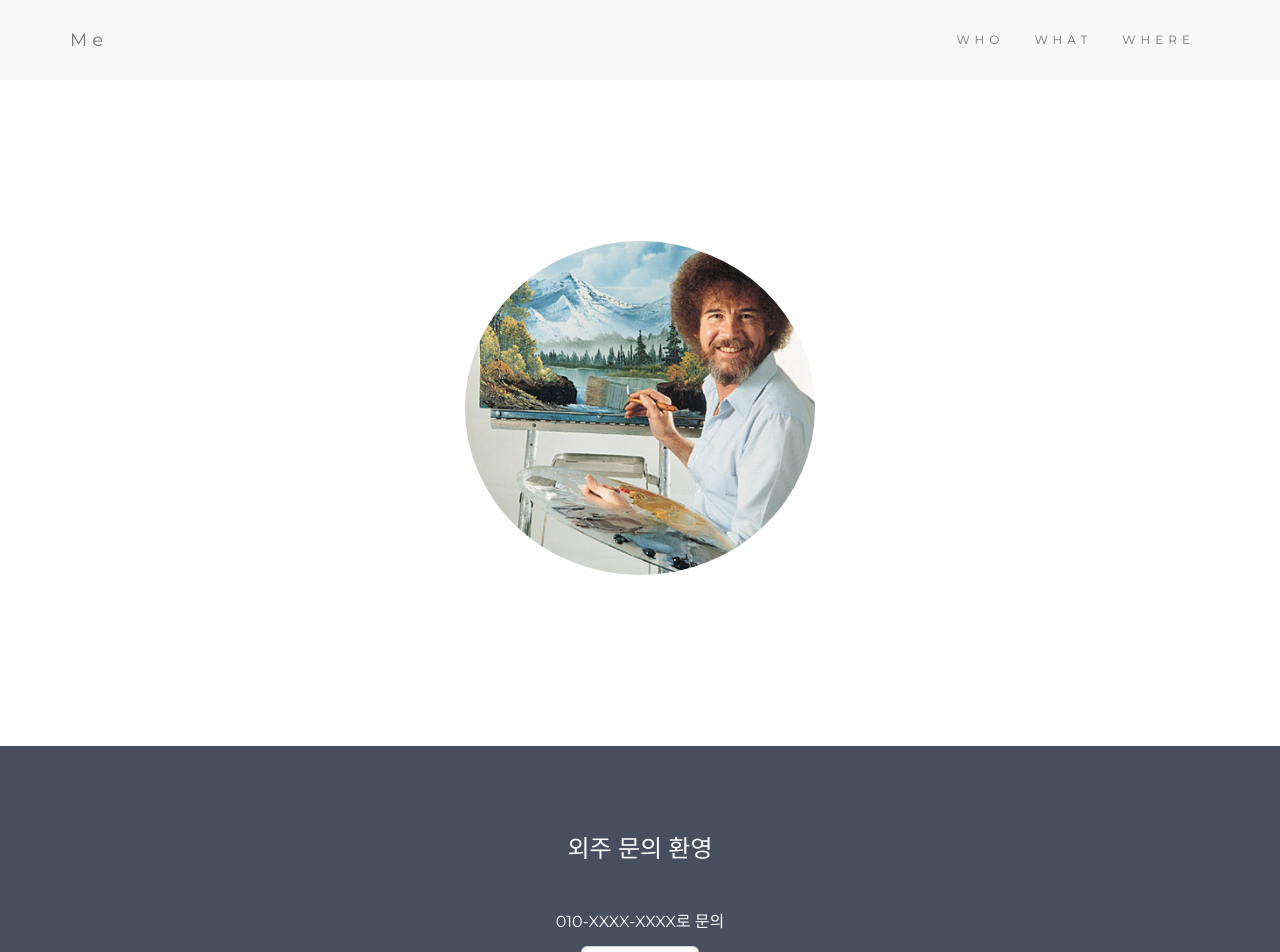
Repository: snowcuphea/webwork_class
Page: clientweb/WebContent/bootstrap/bootstrap_exam/mydrawings.html
An editor plug-in stored every save of this project. The page is shown before and after the next save, followed by the edit.
The browser window is 1280 px wide. The pictures show the part of the page from y = 0 to 952 px (the page is 1947 px tall).
A picture or video elsewhere on the page could not be fetched, so the positions and the page height are approximate.

Above is the page before, as saved 2020-01-06 07:53:46.

### clientweb/WebContent/bootstrap/bootstrap_exam/mydrawings.html
<!DOCTYPE html>
<html lang="en">
<head>
  <!-- Theme Made By www.w3schools.com - No Copyright -->
  <title>Masterpiece</title>
  <meta charset="utf-8">
  <meta name="viewport" content="width=device-width, initial-scale=1">
  <link rel="stylesheet" href="https://maxcdn.bootstrapcdn.com/bootstrap/3.4.1/css/bootstrap.min.css">
  <link href="https://fonts.googleapis.com/css?family=Montserrat" rel="stylesheet">
  <script src="https://ajax.googleapis.com/ajax/libs/jquery/3.4.1/jquery.min.js"></script>
  <script src="https://maxcdn.bootstrapcdn.com/bootstrap/3.4.1/js/bootstrap.min.js"></script>
  <style>
  body {
    font: 20px Montserrat, sans-serif;
    line-height: 1.8;
    color: #f5f6f7;
  }
  p {font-size: 16px;}
  .margin {margin-bottom: 45px;}
  .bg-1 {
    background-color: #pink; /* Green */
    color: #ffffff;
  }
  .bg-2 {
    background-color: #474e5d; /* Dark Blue */
    color: #ffffff;
  }
  .bg-3 {
    background-color: #ffffff; /* White */
    color: #555555;
  }
  .bg-4 {
    background-color: #2f2f2f; /* Black Gray */
    color: #fff;
  }
  .container-fluid {
    padding-top: 70px;
    padding-bottom: 70px;
  }
  .navbar {
    padding-top: 15px;
    padding-bottom: 15px;
    border: 0;
    border-radius: 0;
    margin-bottom: 0;
    font-size: 12px;
    letter-spacing: 5px;
  }
  .navbar-nav  li a:hover {
    color: #1abc9c !important;
  }
  </style>
</head>
<body>

<!-- Navbar -->
<nav class="navbar navbar-default">
  <div class="container">
    <div class="navbar-header">
      <button type="button" class="navbar-toggle" data-toggle="collapse" data-target="#myNavbar">
        <span class="icon-bar"></span>
        <span class="icon-bar"></span>
        <span class="icon-bar"></span>
      </button>
      <a class="navbar-brand" href="#">Me</a>
    </div>
    <div class="collapse navbar-collapse" id="myNavbar">
      <ul class="nav navbar-nav navbar-right">
        <li><a href="#">WHO</a></li>
        <li><a href="#">WHAT</a></li>
        <li><a href="#">WHERE</a></li>
      </ul>
    </div>
  </div>
</nav>

<!-- First Container -->
<div class="container-fluid bg-1 text-center">
  <h3 class="margin">Who Am I?</h3>
  <img src="../../images/bob.jpg" class="img-responsive img-circle margin" style="display:inline" alt="Bird" width="350" height="350">
  <h3>세상과 그림으로 소통하는 위대한 아티스트 </h3>
</div>

<!-- Second Container -->
<div class="container-fluid bg-2 text-center">
  <h3 class="margin">외주 문의 환영</h3>
  <p> 010-XXXX-XXXX로 문의</p>
  <a href="#" class="btn btn-default btn-lg">
    <span class="glyphicon glyphicon-search"></span> Search
  </a>
</div>

<!-- Third Container (Grid) -->
<div class="container-fluid bg-3 text-center">
  <h3 class="margin">Where To Find Me?</h3><br>
  <div class="row">
    <div class="col-sm-4">
      <p>Lorem ipsum dolor sit amet, consectetur adipisicing elit, sed do eiusmod tempor incididunt ut labore et dolore magna aliqua.</p>
      <img src="birds1.jpg" class="img-responsive margin" style="width:100%" alt="Image">
    </div>
    <div class="col-sm-4">
      <p>Lorem ipsum dolor sit amet, consectetur adipisicing elit, sed do eiusmod tempor incididunt ut labore et dolore magna aliqua.</p>
      <img src="birds2.jpg" class="img-responsive margin" style="width:100%" alt="Image">
    </div>
    <div class="col-sm-4">
      <p>Lorem ipsum dolor sit amet, consectetur adipisicing elit, sed do eiusmod tempor incididunt ut labore et dolore magna aliqua.</p>
      <img src="birds3.jpg" class="img-responsive margin" style="width:100%" alt="Image">
    </div>
  </div>
</div>

<!-- Footer -->
<footer class="container-fluid bg-4 text-center">
  <p>Bootstrap Theme Made By <a href="https://www.w3schools.com">www.w3schools.com</a></p>
</footer>

</body>
</html>

After the next save:
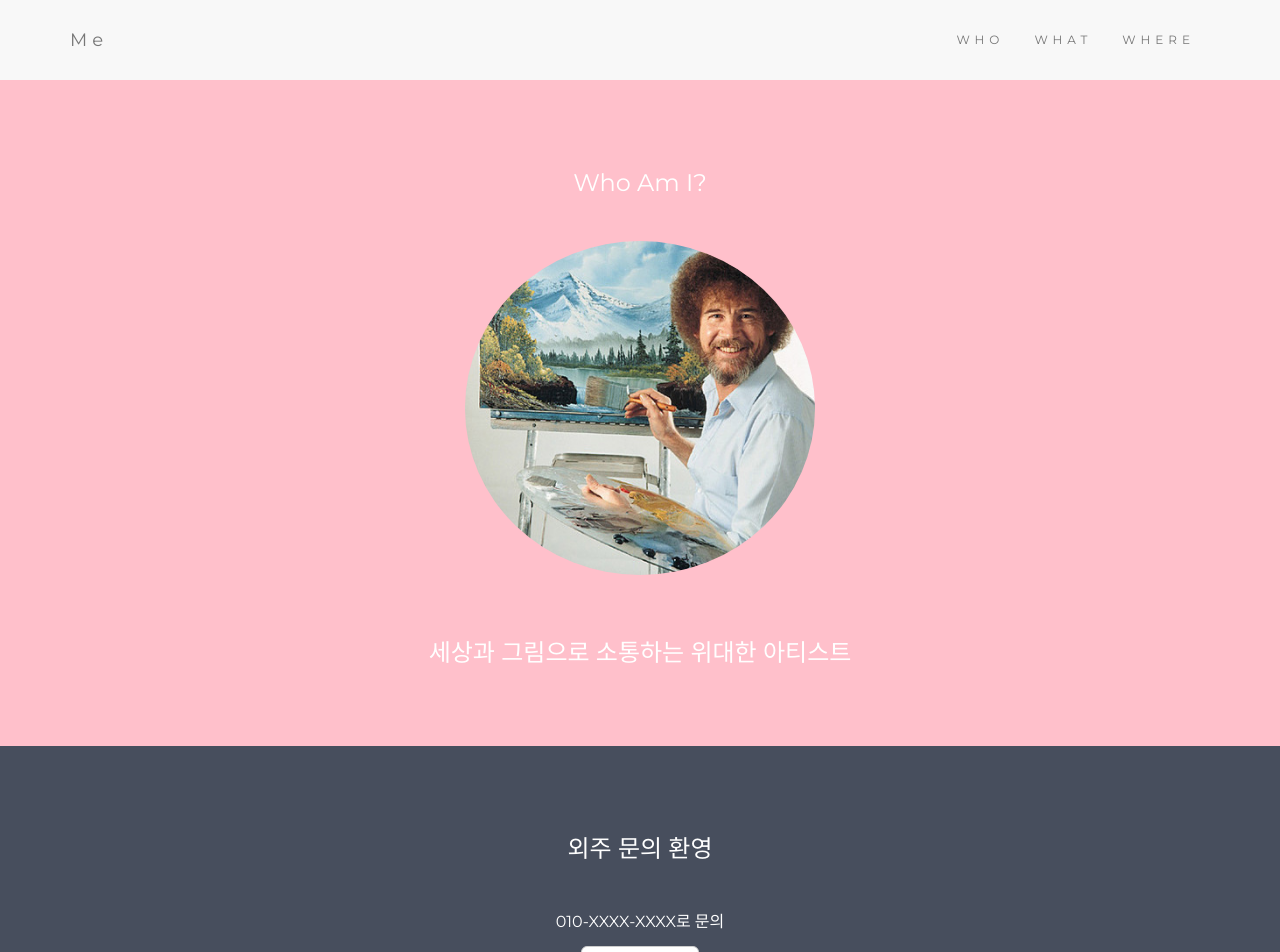
Saved 8 s later.
--- a/clientweb/WebContent/bootstrap/bootstrap_exam/mydrawings.html
+++ b/clientweb/WebContent/bootstrap/bootstrap_exam/mydrawings.html
@@ -18,7 +18,7 @@
   p {font-size: 16px;}
   .margin {margin-bottom: 45px;}
   .bg-1 {
-    background-color: #pink; /* Green */
+    background-color: pink; /* Green */
     color: #ffffff;
   }
   .bg-2 {
